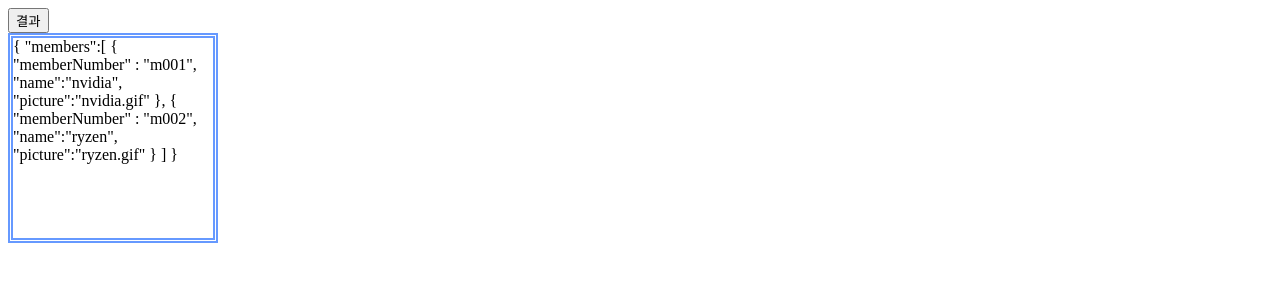
Repository: Tak-kuen/18-2
Page: http://localhost/studyjsp/ajax/jQTest6.jsp
An editor plug-in stored every save of this project. The page is shown before and after the next save, followed by the edit.
The browser window is 1280 px wide. The pictures show the whole page.
After loading, the first visible `#b1` was clicked once.
The page is served by Tomcat 9. Other server files are loaded and not shown.

Above is the page before, as saved 2018-10-25 01:05:02.

### code/studyjsp/WebContent/ajax/jQTest6.jsp
<%@ page language="java" contentType="text/html; charset=UTF-8"
    pageEncoding="UTF-8"%>
<!DOCTYPE html>
<html>
<head>
<meta charset="UTF-8">
<title>jQuery ajax Test</title>
<style type="text/css">
	#result{
		width :200px;
		height:200px;
		border:5px double #6699FF;
	}
</style>
<script src="../js/jquery-3.3.1.min.js"></script>
	<script>
		$(document).ready(function() {
			$("#b1").click(function() {
				$("#result").load("xhrTest3.txt", function(response,stu,xhr) {
					if(stu=="success")
						alert("로드성공");
					if(stu=="error")
						alert("에러 : " + xhr.status + " : " + xhr.stu);
				});//#result
			});//#b1
		});//document
	</script>
</head>
<body>
	<button id="b1">결과</button>
	<div id="result"></div>
</body>
</html>

### code/studyjsp/WebContent/ajax/xhrTest3.txt
{
	"members":[
		{
			"memberNumber" : "m001",
			"name":"nvidia",
			"picture":"nvidia.gif"
		},
		{
			"memberNumber" : "m002",
			"name":"ryzen",
			"picture":"ryzen.gif"
		}
	]
}

Loaded but not shown: code/studyjsp/WebContent/js/jquery-3.3.1.min.js (library)

After the next save:
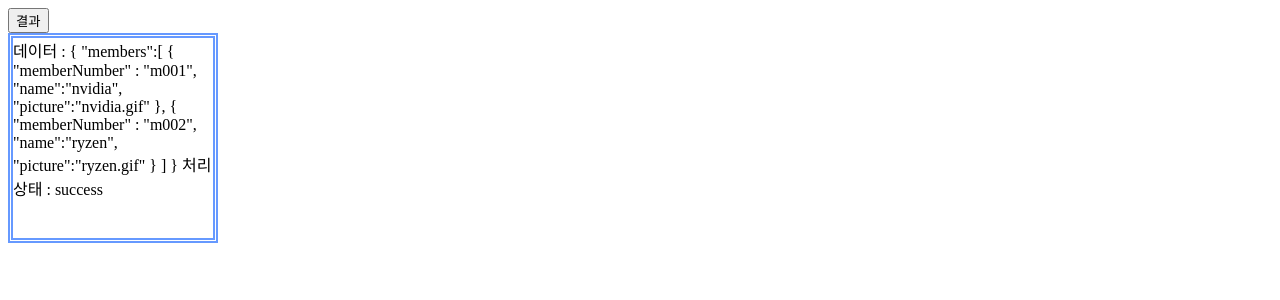
Saved 91 s later.
--- a/code/studyjsp/WebContent/ajax/jQTest6.jsp
+++ b/code/studyjsp/WebContent/ajax/jQTest6.jsp
@@ -16,11 +16,9 @@
 	<script>
 		$(document).ready(function() {
 			$("#b1").click(function() {
-				$("#result").load("xhrTest3.txt", function(response,stu,xhr) {
-					if(stu=="success")
-						alert("로드성공");
-					if(stu=="error")
-						alert("에러 : " + xhr.status + " : " + xhr.stu);
+				$.get("xhrTest3.txt", function(data,status) {
+					var resultStr = "데이터 : " + data + "\n처리상태 : " + status;
+					$("#result").text(resultStr);
 				});//#result
 			});//#b1
 		});//document
